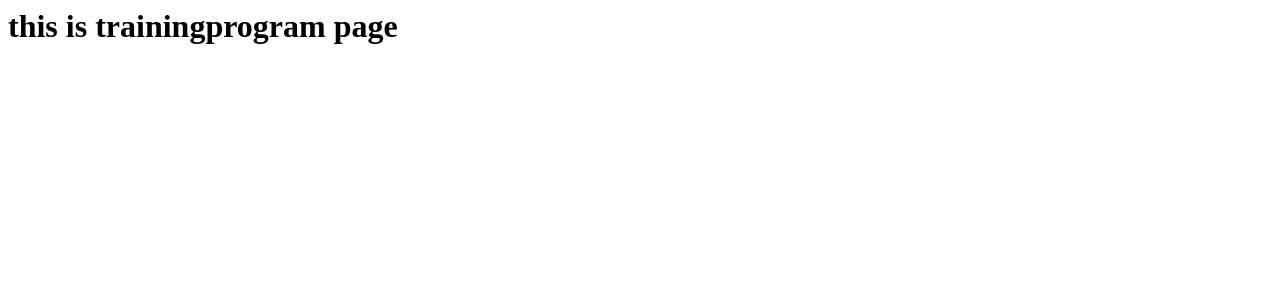
Repository: Dipak27/Dipak-s-front-end
Page: http://localhost/Traning_Management/trainingprogram.jsp
These files come from the project's save history. The page is drawn as it stood at one moment and after the next save; the edit follows.
The browser window is 1280 px wide. The pictures show the whole page.
The page is served by Tomcat 9. Other server files are loaded and not shown.

Above is the page before, as saved 2016-11-09 09:24:46.

### Training Management Project/Traning_Management/src/main/webapp/trainingprogram.jsp
<h1>this is trainingprogram page</h1>

After the next save:
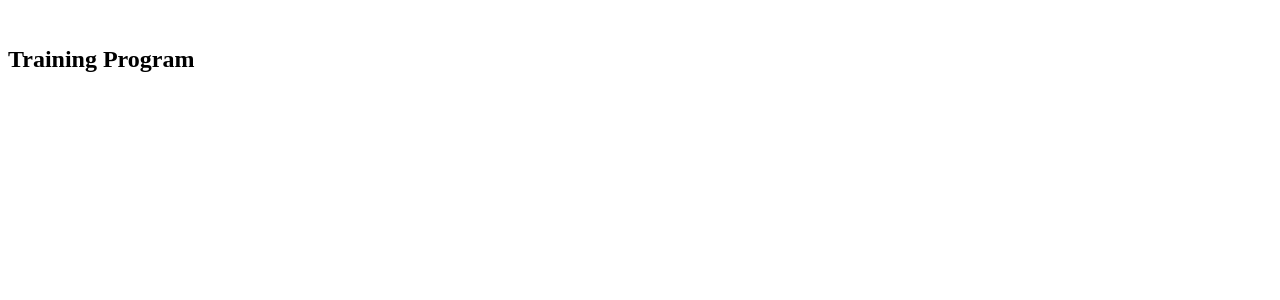
Saved 106 s later.
--- a/Training Management Project/Traning_Management/src/main/webapp/trainingprogram.jsp
+++ b/Training Management Project/Traning_Management/src/main/webapp/trainingprogram.jsp
@@ -1 +1,37 @@
-<h1>this is trainingprogram page</h1>
+<!-- CONTENTS START -->
+
+
+
+
+	<div class="container_24">
+
+		<div class="grid_24">
+			<div class="contents">
+
+				<div class="grid_24 omega">
+					<div class="padding_20 text-justify">
+								<div class="grid_18 omega">
+						 &nbsp;&nbsp;<h2>Training Program</h2>
+							<div class="padding_20 text-justify">
+								<form id="frmMain" class="frmMain" action="UserValidationServlet" method="post">
+									<table class="form-table" style="width:auto">
+
+
+									</table>
+								</form>
+							</div>
+						</div>
+
+					</div>
+				</div>
+
+
+
+				<div class="clear"></div>
+				<div class="padding_20 text-justify">
+
+				</div>
+			</div>
+		</div>
+	</div>
+	<!-- CONTENTS END -->
